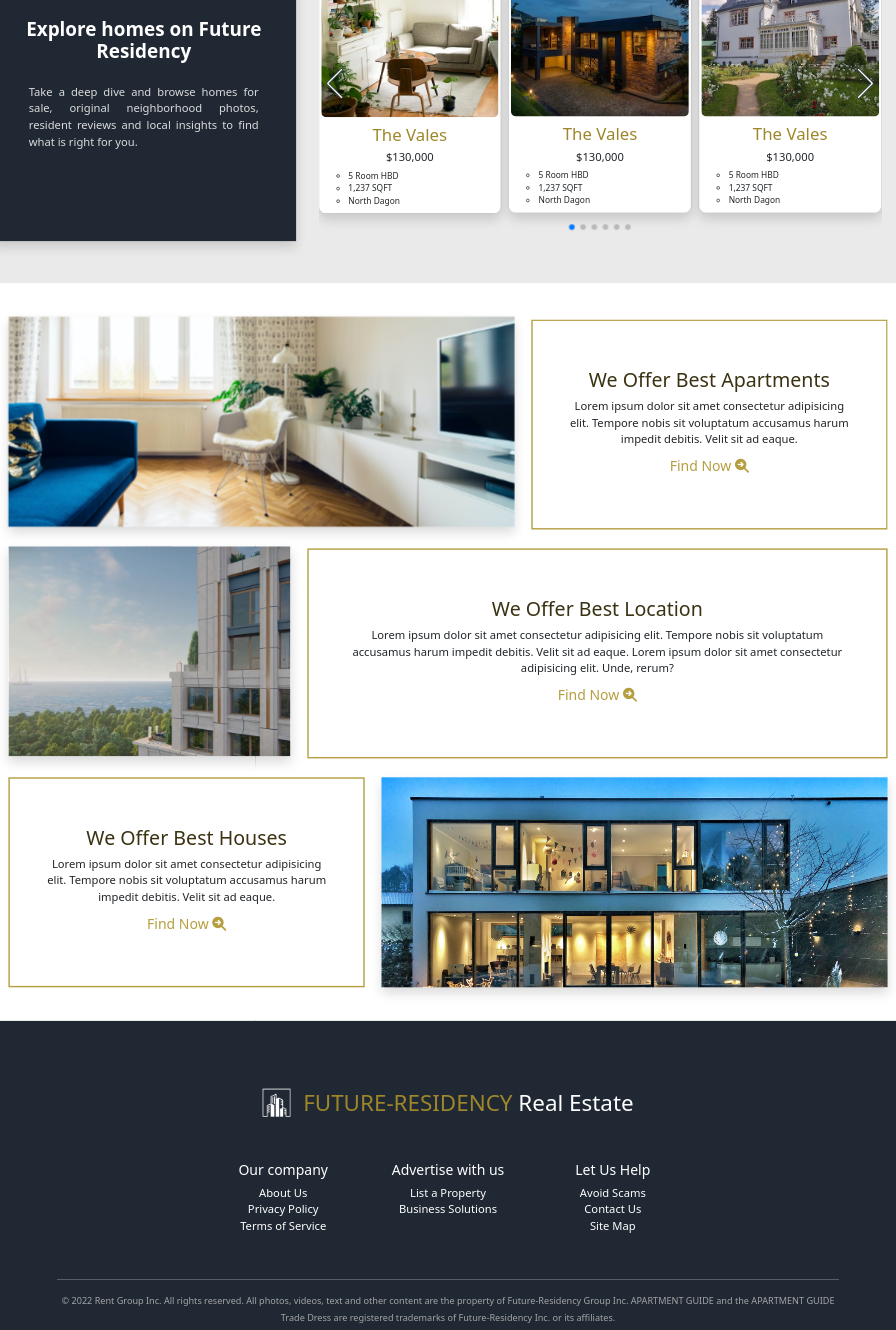
Repository: pyaestk/Future-residency
Page: index.html
These files come from the project's save history. The page is drawn as it stood at one moment and after the next save; the edit follows.
The browser window is 1280 px wide. The pictures show the part of the page from y = 869 to 2789 px (the page is 2769 px tall before and 2789 px after), at 70% of full size.
Pictures or frames that could not be fetched are drawn as grey boxes.

Above is the page before, as saved 2022-12-06 22:03:32.
Console error: ReferenceError: widdow is not defined

After the next save:
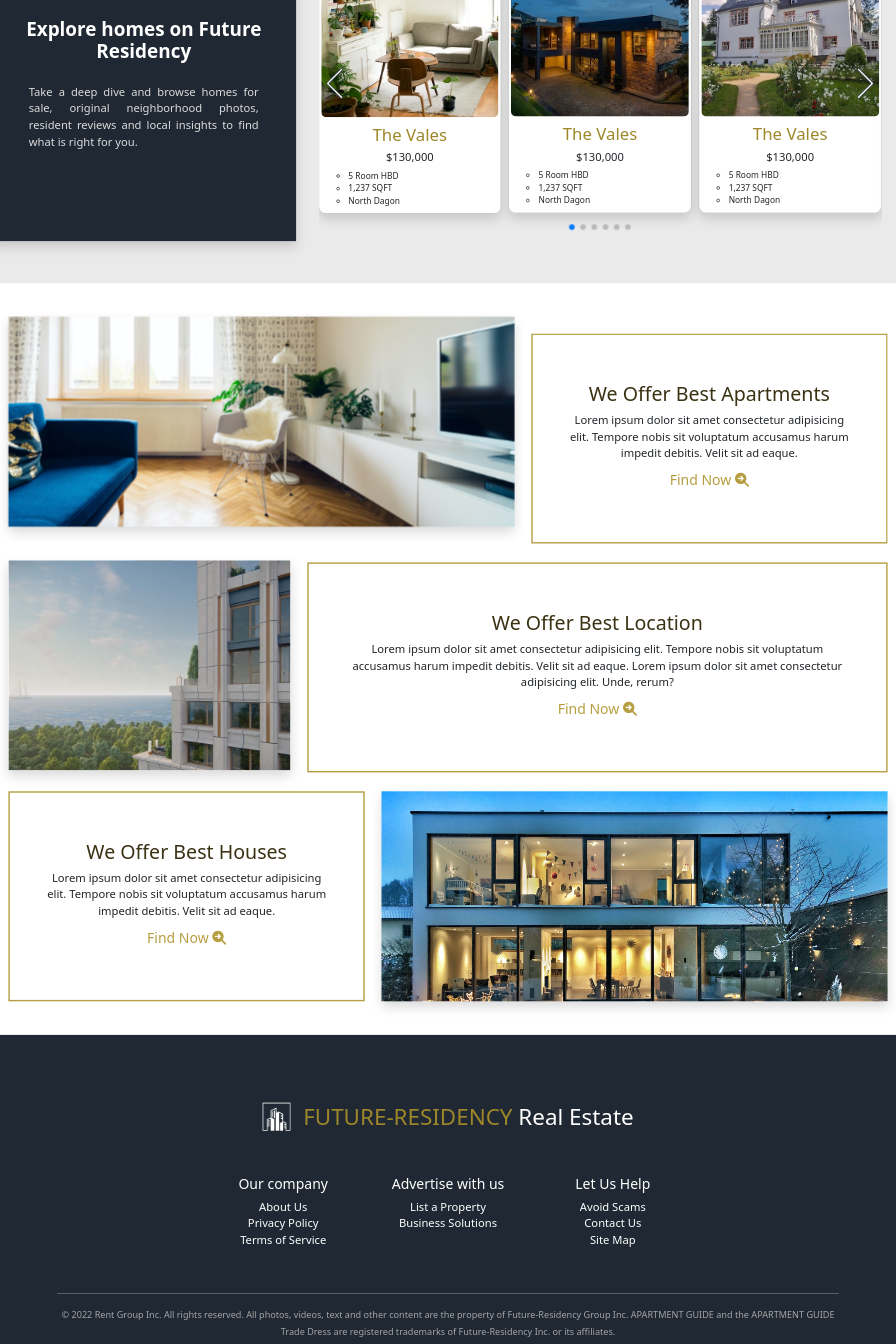
Saved 13 s later.
--- a/index.html
+++ b/index.html
@@ -371,7 +371,7 @@
         </div>
       </div>
       <div class=" col-md-5 d-flex flex-column justify-content-center">
-        <div class="pic1-caption mt-1 d-flex flex-column justify-content-center px-5 align-items-center" id="reveal">
+        <div class="pic1-caption mt-4 d-flex flex-column justify-content-center px-5 align-items-center" id="reveal">
           <h3>We Offer Best Apartments</h3>
           <span>Lorem ipsum dolor sit amet consectetur adipisicing elit.
              Tempore nobis sit voluptatum accusamus harum impedit debitis.
